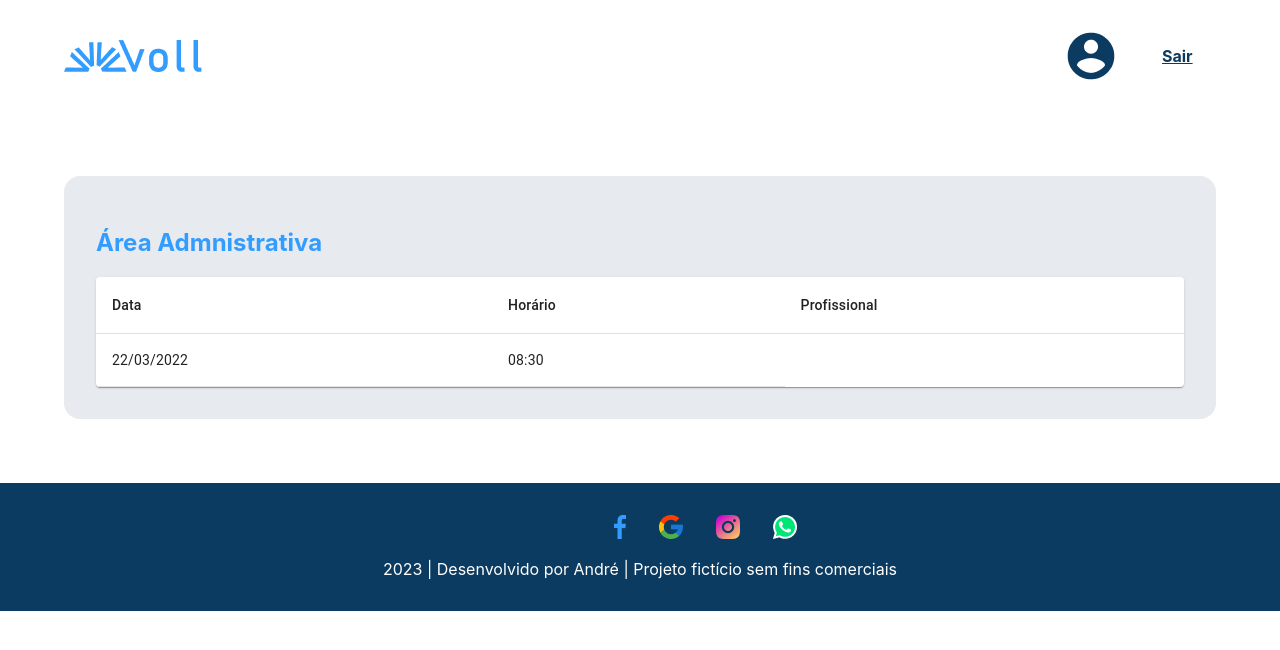
Repository: andrevff/voll-main
Page: /
An editor plug-in stored every save of this project. The page is shown before and after the next save, followed by the edit.
The browser window is 1280 px wide. The pictures show the whole page.
The project was rebuilt for these pictures with package versions that can differ from the ones it lists, and the page was loaded fresh each time. Also part of the build but not shown: src/App.css.

Above is the page before, as saved 2023-07-31 21:32:36.

After the next save:
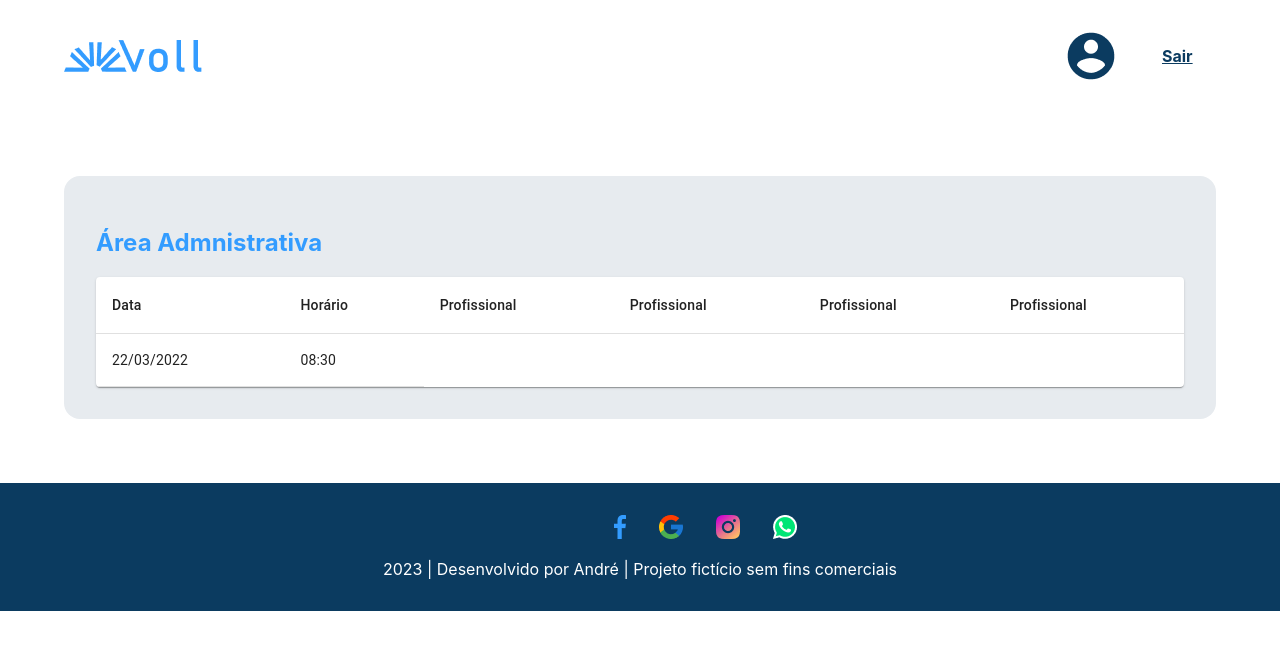
Saved 16 s later.
--- a/src/components/tabela/index.tsx
+++ b/src/components/tabela/index.tsx
@@ -16,6 +16,9 @@ export default function Tabela() {
                             <TableCell>Data</TableCell>
                             <TableCell>Horário</TableCell>
                             <TableCell>Profissional</TableCell>
+                            <TableCell>Profissional</TableCell>
+                            <TableCell>Profissional</TableCell>
+                            <TableCell>Profissional</TableCell>
                         </TableRow>
                     </TableHead>
                     <TableBody>
